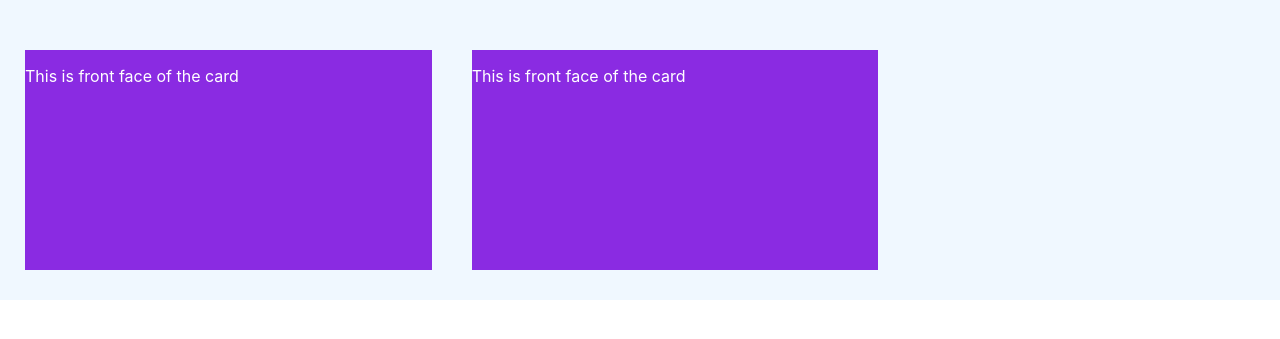
Repository: thai-shriya/anxiety-tracker
Page: /
The author's editor kept a copy of each file at every save. The page is drawn from the files as they stood at one save, then again after the next save.
The browser window is 1280 px wide. The pictures show the whole page.
The project was rebuilt for these pictures with package versions that can differ from the ones it lists, and the page was loaded fresh each time.

Above is the page before, as saved 2024-04-23 02:07:07.

After the next save:
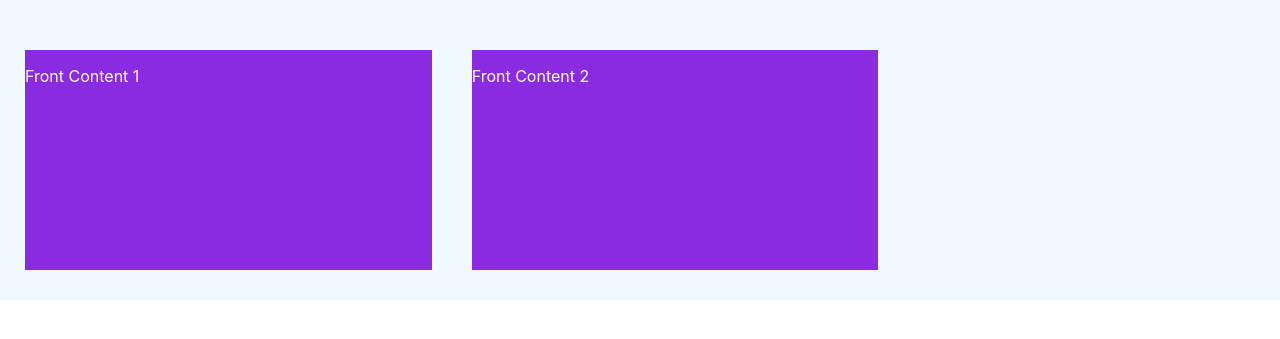
Saved 72 s later.
--- a/src/App.js
+++ b/src/App.js
@@ -11,10 +11,10 @@ function Card({ frontContent, backContent }) {
   return (
     <div className={`flex-card ${isFlipped ? 'flipped' : ''}`} onClick={handleClick}>
       <div className='front'>
-        <p>This is front face of the card</p>
+        <p>{frontContent}</p>
       </div>
       <div className='back'>
-        <p>This is back face of the card</p>
+        <p>{backContent}</p>
       </div>
     </div>
   );
